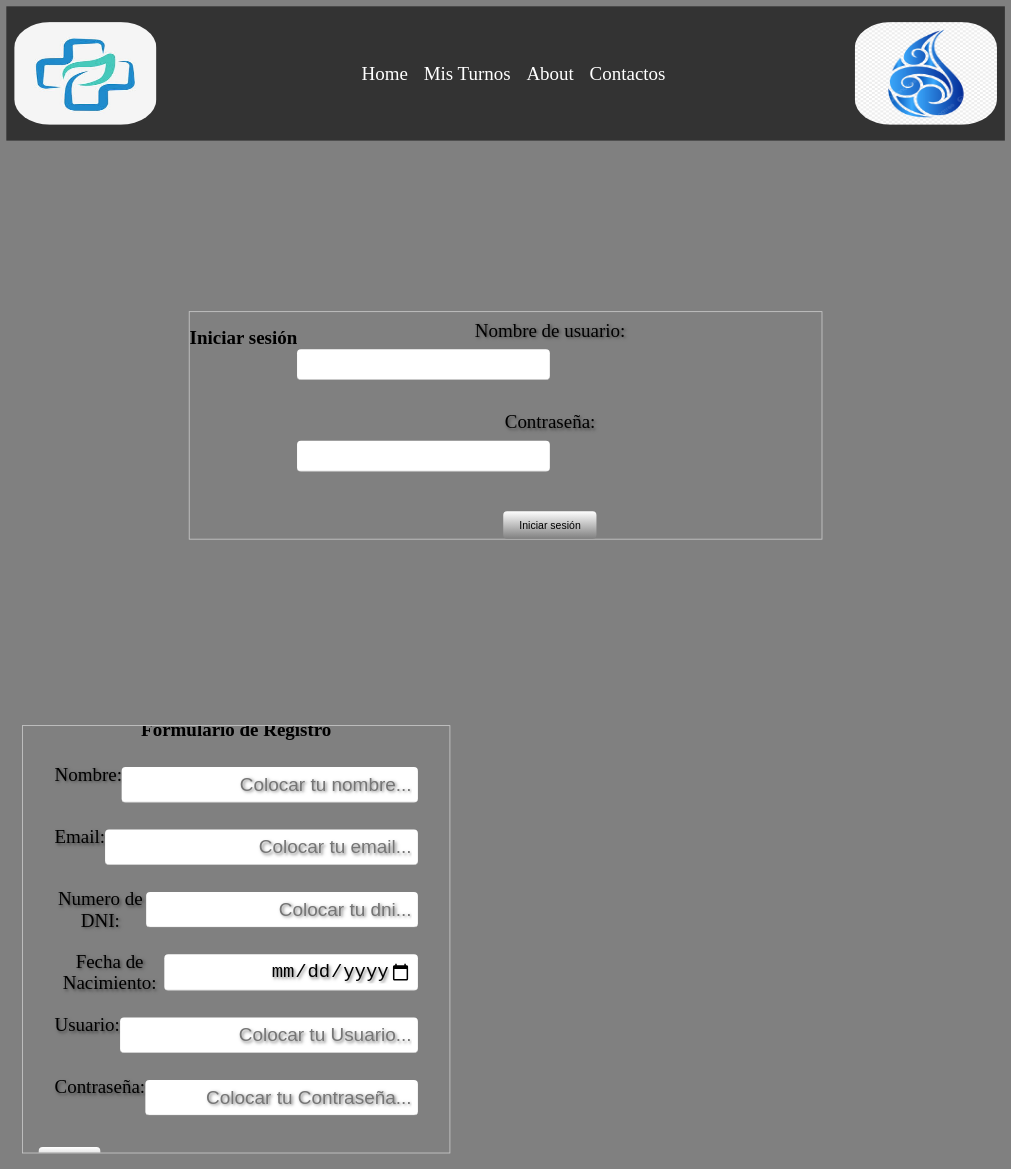
Repository: mauro8778/TurnoClinica
Page: / (app in front/vite-project/)
These files come from the project's save history. The page is drawn as it stood at one moment and after the next save; the edit follows.
The browser window is 1280 px wide. The pictures show the whole page, at 79% of full size.
The project was rebuilt for these pictures with package versions that can differ from the ones it lists, and the page was loaded fresh each time. Also part of the build but not shown: front/vite-project/vite.config.js.

Above is the page before, as saved 2024-04-14 14:08:54.

After the next save:
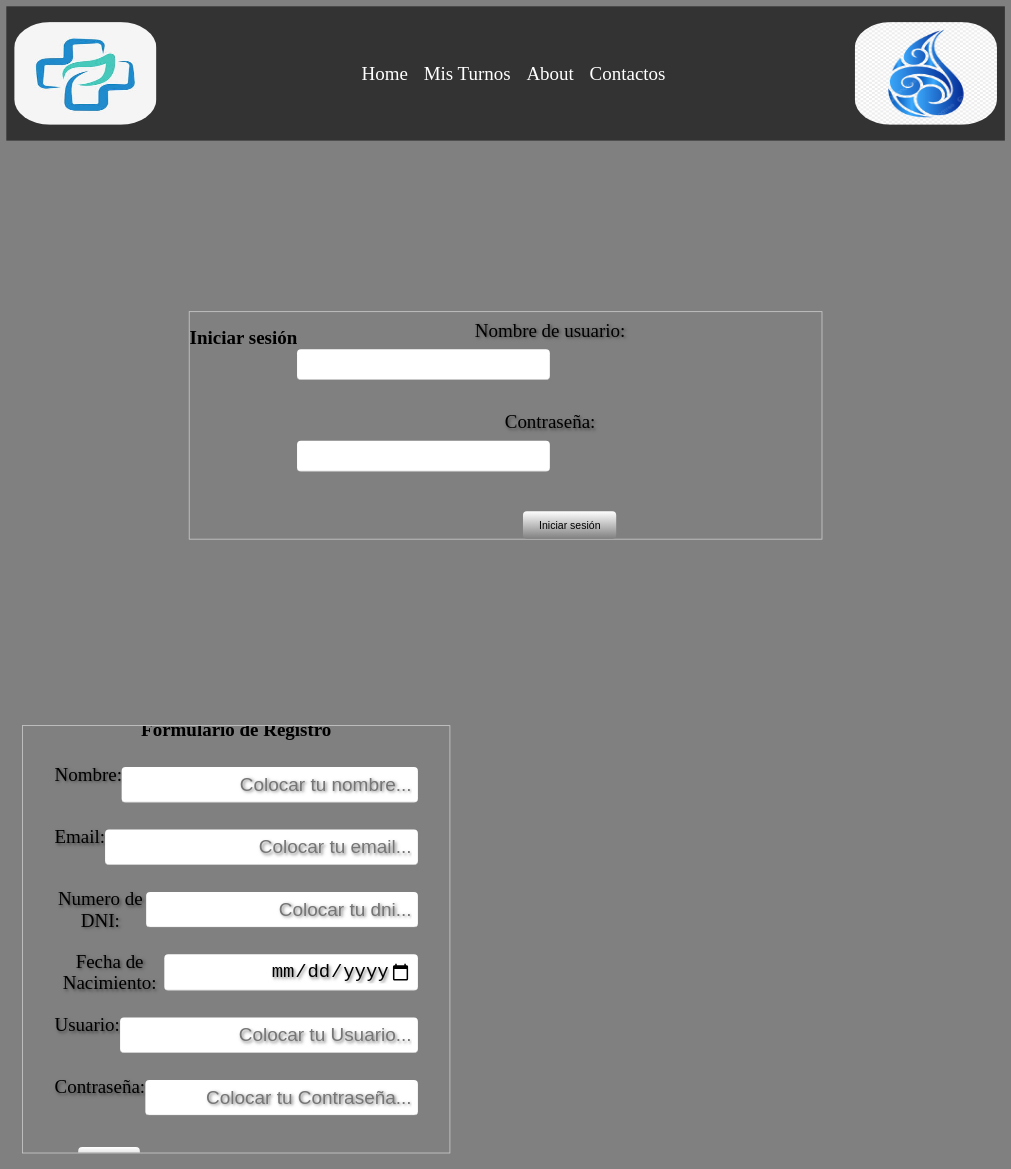
Saved 91 s later.
--- a/front/vite-project/src/views/Register/Register.css
+++ b/front/vite-project/src/views/Register/Register.css
@@ -36,6 +36,7 @@
     border: none;
     color: black;
     cursor: pointer;
+    margin-left: 50px;
   }
 
   button:hover {
